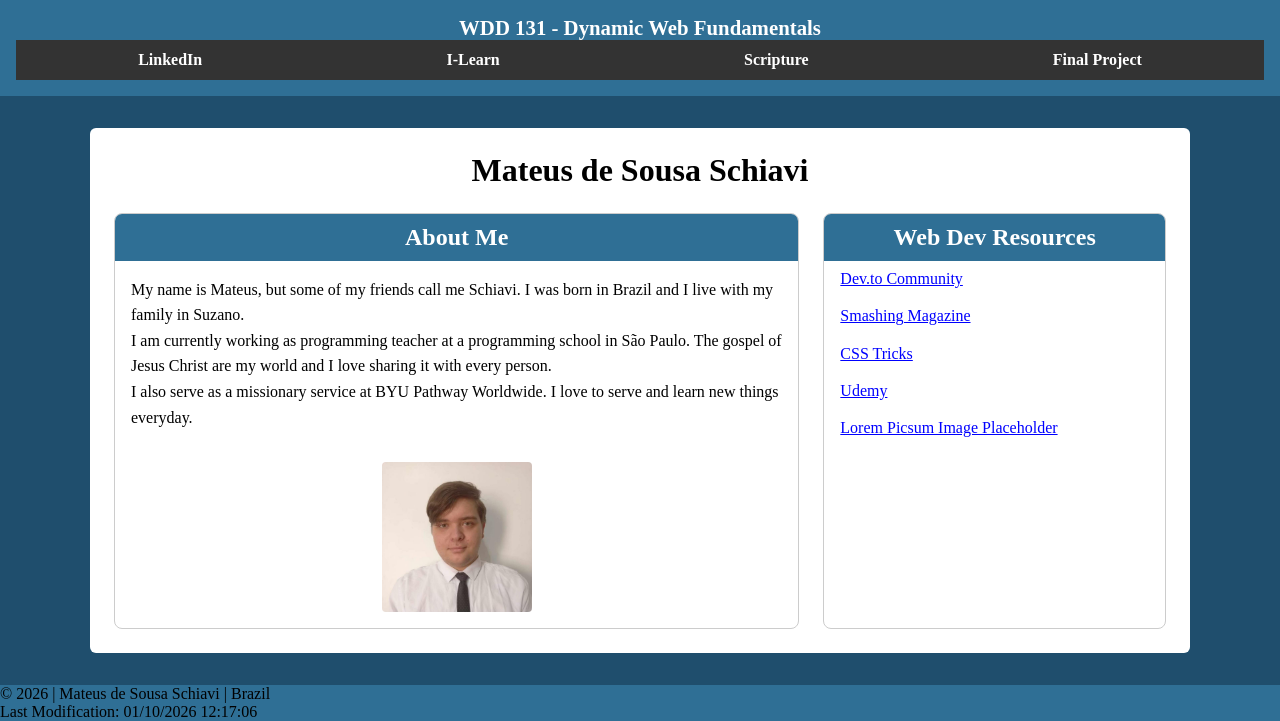
Repository: mateus-schiavi/wdd131
Page: index.html
The author's editor kept a copy of each file at every save. The page is drawn from the files as they stood at one save, then again after the next save.
The browser window is 1280 px wide. The pictures show the whole page.
Some web fonts or font styles are not loaded; a fallback is used.

Above is the page before, as saved 2026-01-10 15:09:20.

### index.html
<!DOCTYPE html>
<html lang="en">

<head>
    <script src="./scripts/getdates.js" defer></script>
    <meta charset="UTF-8">
    <meta name="viewport" content="width=device-width, initial-scale=1.0">
    <meta name="author" content="Mateus de Sousa Schiavi">
    <meta name="description"
        content="Personal homepage for WDD 131 – Dynamic Web Fundamentals, featuring information about Mateus de Sousa Schiavi and useful web development resources.">
    <title>WDD 131 - Dynamic Web Fundamentals - Mateus de Sousa Schiavi</title>
    <link rel="stylesheet" href="./styles/base.css">
    <link rel="preconnect" href="https://fonts.googleapis.com">
    <link rel="preconnect" href="https://fonts.gstatic.com" crossorigin>
    <link href="https://fonts.googleapis.com/css2?family=Ancizar+Serif:ital,wght@0,300..900;1,300..900&display=swap"
        rel="stylesheet">
</head>

<body>
    <header>
        <span id="course-title">WDD 131 - Dynamic Web Fundamentals</span>
        <nav>
            <a href="https://www.linkedin.com/in/mateus-de-sousa-schiavi/" target="_blank">LinkedIn</a>
            <a href="https://byupw.instructure.com/" target="_blank">I-Learn</a>
            <a href="https://www.churchofjesuschrist.org/study/scriptures/nt/matt/24?lang=eng&id=p14#p14"
                target="_blank">Scripture</a>
            <a href="#">Final Project</a>
        </nav>
    </header>
    <main>
        <h1>Mateus de Sousa Schiavi</h1>
        <section class="card">
            <h2>About Me</h2>
            <p>
                My name is Mateus, but some of my friends call me Schiavi. I was born in Brazil and I live with my
                family in Suzano. <br>
                I am currently working as programming teacher at a programming school in São Paulo. The gospel of Jesus
                Christ are my world and I love sharing it with every person. <br>
                I also serve as a missionary service at BYU Pathway Worldwide. I love to serve and learn new things
                everyday.
            </p>
            <img src="./images/profile.jpg" alt="profile picture">
        </section>
        <section class="card">
            <h2>Web Dev Resources</h2>
            <a href="https://dev.to/" target="_blank">Dev.to Community</a>
            <a href="https://www.smashingmagazine.com/" target="_blank">Smashing Magazine</a>
            <a href="https://css-tricks.com/" target="_blank">CSS Tricks</a>
            <a href="https://www.udemy.com/mobile/ipad/?persist_locale=&locale=en_US" target="_blank">Udemy</a>
            <a href="#">Lorem Picsum Image Placeholder</a>
        </section>
    </main>
    <footer>
        <p>
            <span id="currentYear"></span>
        </p>
        <p id="lastModified">Last Modification</p>
    </footer>
</body>

</html>

### scripts/getdates.js
const currentYear = new Date().getFullYear();

document.getElementById("currentYear").textContent = `© ${currentYear} | Mateus de Sousa Schiavi | Brazil`;

const lastModifiedDate = document.lastModified;

document.getElementById("lastModified").textContent = `Last Modification: ${lastModifiedDate}`;

### styles/base.css
* {
    margin: 0;
    padding: 0;
    box-sizing: border-box;
}

:root {
    --blue-dark: #1f4e6d;
    --blue-medium: #2f6f95;
    --gray-dark: #333;
    --gray-light: #f4f4f4;
    --border-color: #ccc;
    --white: #ffffff;
}

body {
    font-family: "Ancizar Serif", serif;
    background-color: var(--blue-dark);
    color: #000;
}

header {
    background-color: var(--blue-medium);
    color: var(--white);
    text-align: center;
    padding: 1rem;
}

#course-title {
    display: block;
    font-size: 1.3rem;
    font-weight: bold;
}

nav {
    background-color: var(--gray-dark);
    display: flex;
    justify-content: space-around;
    padding: 0.7rem 0;
}

nav a {
    color: var(--white);
    text-decoration: none;
    font-weight: bold;
}

nav a:hover {
    text-decoration: underline;
}

main {
    background-color: var(--white);
    max-width: 1100px;
    margin: 2rem auto;
    padding: 1.5rem;
    border-radius: 6px;
}

main h1 {
    text-align: center;
    margin-bottom: rem;
}

.card {
    border: 1px solid var(--border-color);
    border-radius: 8px;
    overflow: hidden;
    background-color: var(--white);
}

.card h2 {
    background-color: var(--blue-medium);
    color: var(--white);
    text-align: center;
    padding: 0.6rem;
}

main {
    display: grid;
    grid-template-columns: 2fr 1fr;
    gap: 1.5rem;
}

main h1 {
    grid-column: 1 / -1;
}

.card p {
    padding: 1rem;
    line-height: 1.6;
}

.card img {
    display: block;
    max-width: 150px;
    margin: 1rem auto;
    border-radius: 4px;
}

.card a {
    display: block;
    padding: 0.6rem 1rem;
    color: blue;
}

.card a:hover {
    text-decoration: underline;
}

footer {
    background-color: var(--blue-medium);

}

After the next save:
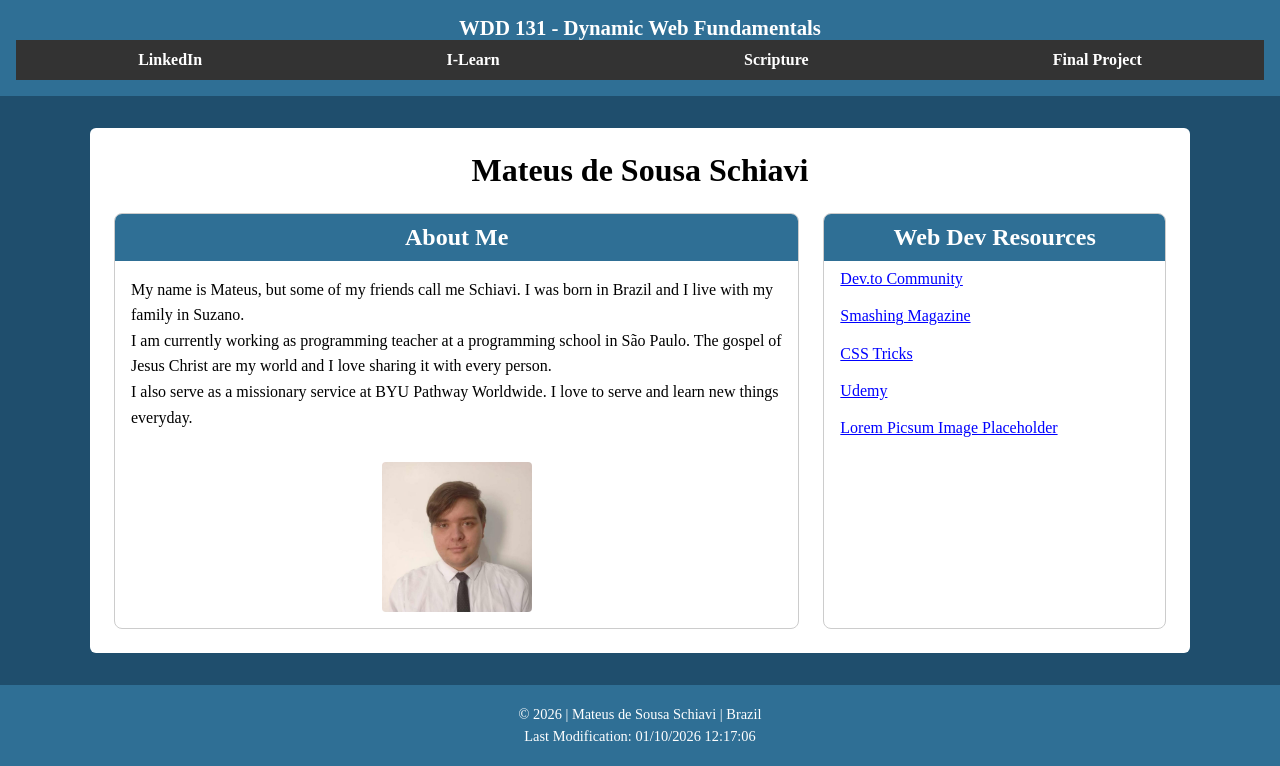
Saved 111 s later.
--- a/styles/base.css
+++ b/styles/base.css
@@ -110,5 +110,12 @@ main h1 {
 
 footer {
     background-color: var(--blue-medium);
+    color: var(--white);
+    text-align: center;
+    padding: 1rem;
+    font-size: 0.9rem;
+}
 
+footer p {
+    margin: 0.3rem 0;
 }
